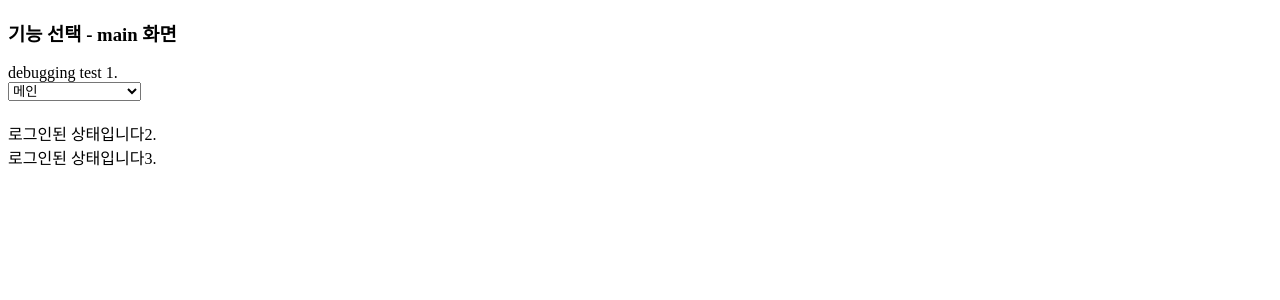
Repository: minjikimkim2222/BBS
Page: http://localhost/BBS/main.jsp
These files come from the project's save history. The page is drawn as it stood at one moment and after the next save; the edit follows.
The browser window is 1280 px wide. The pictures show the whole page.
The page is served by Tomcat 9. Other server files are loaded and not shown.

Above is the page before, as saved 2023-12-27 07:04:19.

### BBS/src/main/webapp/main.jsp
<%@ page language="java" contentType="text/html; charset=UTF-8" pageEncoding="UTF-8"%>
<!DOCTYPE html>
<html>
<head>
    <meta HTTP-EQUIV="content-type" CONTENT="text/html; CHARSET=UTF-8" charset="UTF-8">
    <link rel="stylesheet" href="css/bootstrap.css">
    <title>main 화면</title>
</head>
<body>
    <%
        // 메인 페이지로 이동했을 때, 세션에 값이 담겨있는지 체크
        String userID = null;

        if (session.getAttribute("userID") != null){
            userID = (String)session.getAttribute("userID");
        }
    %>

    <h3> 기능 선택 - main 화면</h3>

    <span>debugging test 1.</span>

    <form action="" name="loginSelect">
        <select name="loginList" onchange="location = document.loginSelect.loginList.value" style="margin-bottom: 20px;">
        	<option value="main.jsp">메인</option>
            <option value="bbs.jsp">게시판</option>
            <option value="MySQL_ConnectionTest.jsp">sql connection test</option>

            <%
            // 로그인하지 않았을 때 보여지는 화면
            if (userID == null) {
            %>
            <optgroup label="접속하기">
             	<option value="login.jsp">로그인</option>
                <option value="join.jsp">회원가입</option>
            </optgroup>
         </select>
     </form>

     <div>로그인된 상태입니다2.</div>
     <div>로그인된 상태입니다3.</div>


        <% } else { // 로그인이 되어 있는 상태에서 보여지는 화면 %>

			<span>로그인된 상태입니다4.</span>
             <select>
                <optgroup label="회원관리">
                    <option value="logoutAction.jsp">로그아웃</option>
                </optgroup>
            </select>
        <% } %>

</body>
</html>

### BBS/src/main/webapp/css/bootstrap.css
@charset "UTF-8";

.form-group {
  margin-bottom: 20px;
}

.form-control {
  display: block;
  width: 100%;
  height: 40px;
  padding: 10px 15px;
  font-size: 14px;
  line-height: 1.42857143;
  color: #555;
  background-color: #fff;
  background-image: none;
  border: 1px solid #ccc;
  border-radius: 4px;
  -webkit-box-shadow: inset 0 1px 1px rgba(0, 0, 0, .075);
          box-shadow: inset 0 1px 1px rgba(0, 0, 0, .075);
  -webkit-transition: border-color ease-in-out .15s, -webkit-box-shadow ease-in-out .15s;
       -o-transition: border-color ease-in-out .15s, box-shadow ease-in-out .15s;
          transition: border-color ease-in-out .15s, box-shadow ease-in-out .15s;
  box-sizing: border-box; /* 추가된 부분 */
}

.container {
  padding-right: 15px;
  padding-left: 15px;
  margin-right: auto;
  margin-left: auto;
}

.jumbotron {
  padding-top: 30px;
  padding-bottom: 30px;
  margin-bottom: 30px;
  color: inherit;
  background-color: #eee;
  box-sizing: border-box; /* 추가된 부분 */
}

.col-lg-4 {
  width: 33.33333333%;
}


.col-lg-5 {
    width: 41.66666667%;
}

After the next save:
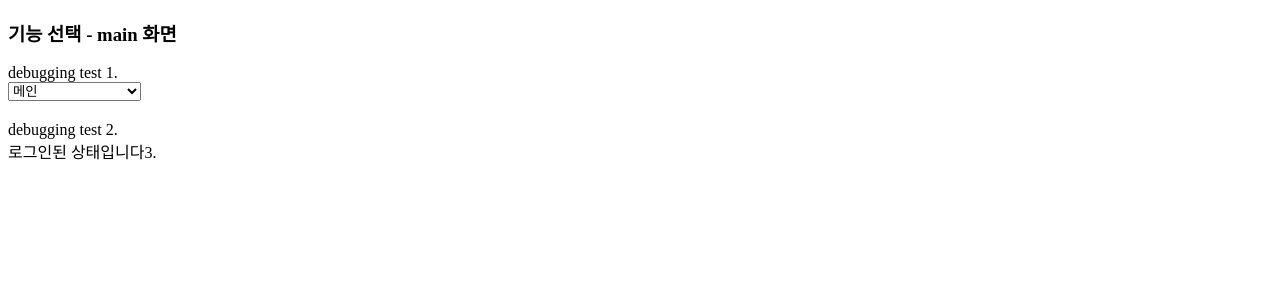
Saved 8 s later.
--- a/BBS/src/main/webapp/main.jsp
+++ b/BBS/src/main/webapp/main.jsp
@@ -37,7 +37,7 @@
          </select>
      </form>
 
-     <div>로그인된 상태입니다2.</div>
+     <div>debugging test 2.</div>
      <div>로그인된 상태입니다3.</div>
 
 
